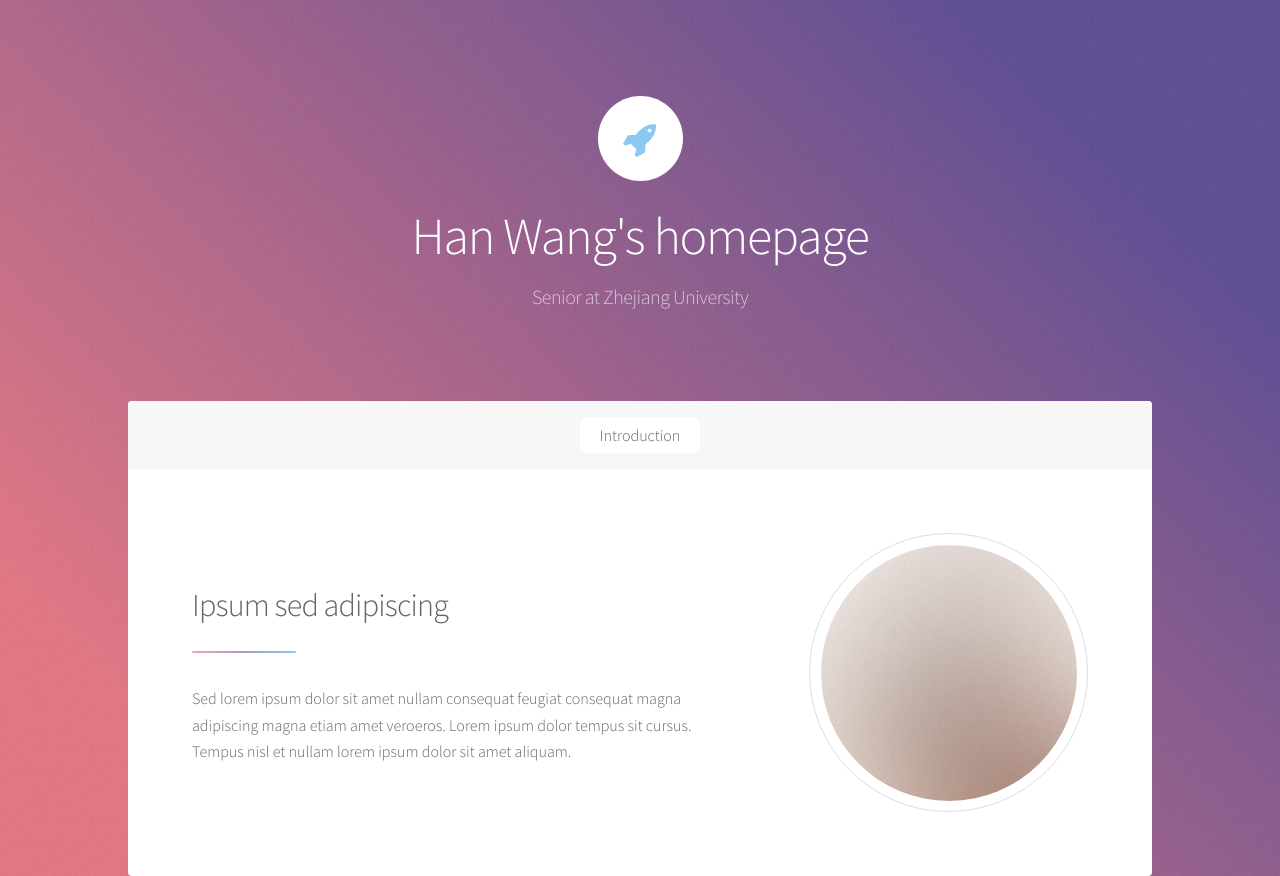
Repository: SatonoDia/SatonoDia.github.io
Page: index.html
The author's editor kept a copy of each file at every save. The page is drawn from the files as they stood at one save, then again after the next save.
The browser window is 1280 px wide. The pictures show the whole page.

Above is the page before, as saved 2024-02-16 11:15:33.
Console error: TypeError: Cannot read properties of undefined (reading 'on')

### index.html
<!DOCTYPE HTML>
<!--
	Stellar by HTML5 UP
	html5up.net | @ajlkn
	Free for personal and commercial use under the CCA 3.0 license (html5up.net/license)
-->
<html>
	<head>
		<title>Stellar by HTML5 UP</title>
		<meta charset="utf-8" />
		<meta name="viewport" content="width=device-width, initial-scale=1, user-scalable=no" />
		<link rel="stylesheet" href="assets/css/main.css" />
		<noscript><link rel="stylesheet" href="assets/css/noscript.css" /></noscript>
	</head>
	<body class="is-preload">

		<!-- Wrapper -->
			<div id="wrapper">

				<!-- Header -->
					<header id="header" class="alt">
						<span class="logo"><img src="images/logo.svg" alt="" /></span>
						<h1>Han Wang's homepage</h1>
						<p>Senior at Zhejiang University</p>
					</header>

				<!-- Nav -->
					<nav id="nav">
						<ul>
							<li><a href="#intro" class="active">Introduction</a></li>

						</ul>
					</nav>

				<!-- Main -->
					<div id="main">

						<!-- Introduction -->
							<section id="intro" class="main">
								<div class="spotlight">
									<div class="content">
										<header class="major">
											<h2>Ipsum sed adipiscing</h2>
										</header>
										<p>Sed lorem ipsum dolor sit amet nullam consequat feugiat consequat magna
										adipiscing magna etiam amet veroeros. Lorem ipsum dolor tempus sit cursus.
										Tempus nisl et nullam lorem ipsum dolor sit amet aliquam.</p>
										<!--
										<ul class="actions">
											<li><a href="generic.html" class="button">Learn More</a></li>
										</ul>
										-->
									</div>
									<span class="image"><img src="images/pic01.jpg" alt="" /></span>
								</div>
							</section>
						<!--
							<section id="first" class="main special">
								<header class="major">
									<h2>Magna veroeros</h2>
								</header>
								<ul class="features">
									<li>
										<span class="icon solid major style1 fa-code"></span>
										<h3>Ipsum consequat</h3>
										<p>Sed lorem amet ipsum dolor et amet nullam consequat a feugiat consequat tempus veroeros sed consequat.</p>
									</li>
									<li>
										<span class="icon major style3 fa-copy"></span>
										<h3>Amed sed feugiat</h3>
										<p>Sed lorem amet ipsum dolor et amet nullam consequat a feugiat consequat tempus veroeros sed consequat.</p>
									</li>
									<li>
										<span class="icon major style5 fa-gem"></span>
										<h3>Dolor nullam</h3>
										<p>Sed lorem amet ipsum dolor et amet nullam consequat a feugiat consequat tempus veroeros sed consequat.</p>
									</li>
								</ul>
								<footer class="major">
									<ul class="actions special">
										<li><a href="generic.html" class="button">Learn More</a></li>
									</ul>
								</footer>
							</section>


							<section id="second" class="main special">
								<header class="major">
									<h2>Ipsum consequat</h2>
									<p>Donec imperdiet consequat consequat. Suspendisse feugiat congue<br />
									posuere. Nulla massa urna, fermentum eget quam aliquet.</p>
								</header>
								<ul class="statistics">
									<li class="style1">
										<span class="icon solid fa-code-branch"></span>
										<strong>5,120</strong> Etiam
									</li>
									<li class="style2">
										<span class="icon fa-folder-open"></span>
										<strong>8,192</strong> Magna
									</li>
									<li class="style3">
										<span class="icon solid fa-signal"></span>
										<strong>2,048</strong> Tempus
									</li>
									<li class="style4">
										<span class="icon solid fa-laptop"></span>
										<strong>4,096</strong> Aliquam
									</li>
									<li class="style5">
										<span class="icon fa-gem"></span>
										<strong>1,024</strong> Nullam
									</li>
								</ul>
								<p class="content">Nam elementum nisl et mi a commodo porttitor. Morbi sit amet nisl eu arcu faucibus hendrerit vel a risus. Nam a orci mi, elementum ac arcu sit amet, fermentum pellentesque et purus. Integer maximus varius lorem, sed convallis diam accumsan sed. Etiam porttitor placerat sapien, sed eleifend a enim pulvinar faucibus semper quis ut arcu. Ut non nisl a mollis est efficitur vestibulum. Integer eget purus nec nulla mattis et accumsan ut magna libero. Morbi auctor iaculis porttitor. Sed ut magna ac risus et hendrerit scelerisque. Praesent eleifend lacus in lectus aliquam porta. Cras eu ornare dui curabitur lacinia.</p>
								<footer class="major">
									<ul class="actions special">
										<li><a href="generic.html" class="button">Learn More</a></li>
									</ul>
								</footer>
							</section>


							<section id="cta" class="main special">
								<header class="major">
									<h2>Congue imperdiet</h2>
									<p>Donec imperdiet consequat consequat. Suspendisse feugiat congue<br />
									posuere. Nulla massa urna, fermentum eget quam aliquet.</p>
								</header>
								<footer class="major">
									<ul class="actions special">
										<li><a href="generic.html" class="button primary">Get Started</a></li>
										<li><a href="generic.html" class="button">Learn More</a></li>
									</ul>
								</footer>
							</section> -->

					</div>

				<!-- Footer
					<footer id="footer">
						<section>
							<h2>Aliquam sed mauris</h2>
							<p>Sed lorem ipsum dolor sit amet et nullam consequat feugiat consequat magna adipiscing tempus etiam dolore veroeros. eget dapibus mauris. Cras aliquet, nisl ut viverra sollicitudin, ligula erat egestas velit, vitae tincidunt odio.</p>
							<ul class="actions">
								<li><a href="generic.html" class="button">Learn More</a></li>
							</ul>
						</section>
						<section>
							<h2>Etiam feugiat</h2>
							<dl class="alt">
								<dt>Address</dt>
								<dd>1234 Somewhere Road &bull; Nashville, TN 00000 &bull; USA</dd>
								<dt>Phone</dt>
								<dd>(000) 000-0000 x 0000</dd>
								<dt>Email</dt>
								<dd><a href="#">information@untitled.tld</a></dd>
							</dl>
							<ul class="icons">
								<li><a href="#" class="icon brands fa-twitter alt"><span class="label">Twitter</span></a></li>
								<li><a href="#" class="icon brands fa-facebook-f alt"><span class="label">Facebook</span></a></li>
								<li><a href="#" class="icon brands fa-instagram alt"><span class="label">Instagram</span></a></li>
								<li><a href="#" class="icon brands fa-github alt"><span class="label">GitHub</span></a></li>
								<li><a href="#" class="icon brands fa-dribbble alt"><span class="label">Dribbble</span></a></li>
							</ul>
						</section>
						<p class="copyright">&copy; Untitled. Design: <a href="https://html5up.net">HTML5 UP</a>.</p>
					</footer>

			</div>-->

		<!-- Scripts -->
			<script src="assets/js/jquery.min.js"></script>
			<script src="assets/js/jquery.scrollex.min.js"></script>
			<script src="assets/js/jquery.scrolly.min.js"></script>
			<script src="assets/js/browser.min.js"></script>
			<script src="assets/js/breakpoints.min.js"></script>
			<script src="assets/js/util.js"></script>
			<script src="assets/js/main.js"></script>

	</body>
</html>

Loaded but not shown: assets/css/fontawesome-all.min.css (library); assets/js/jquery.min.js (library); assets/js/jquery.scrollex.min.js (common file); assets/js/jquery.scrolly.min.js (common file); assets/js/browser.min.js (common file); assets/js/breakpoints.min.js (common file); assets/js/util.js (587 lines, source omitted); assets/js/main.js (123 lines, source omitted); assets/css/main.css (3785 lines, source omitted)

After the next save:
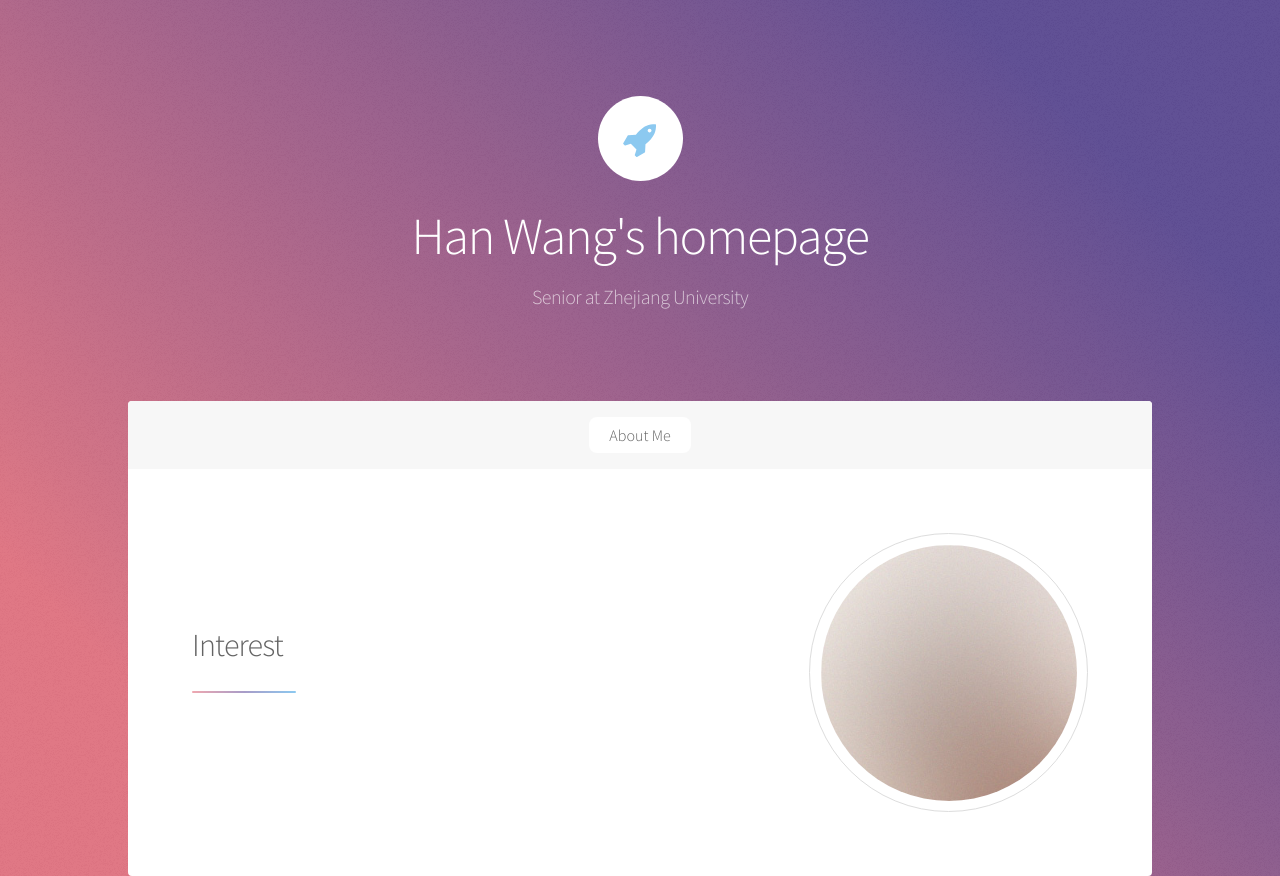
Saved 4 min 55 s later.
--- a/index.html
+++ b/index.html
@@ -27,7 +27,7 @@
 				<!-- Nav -->
 					<nav id="nav">
 						<ul>
-							<li><a href="#intro" class="active">Introduction</a></li>
+							<li><a href="#intro" class="active">About Me</a></li>
 
 						</ul>
 					</nav>
@@ -40,11 +40,9 @@
 								<div class="spotlight">
 									<div class="content">
 										<header class="major">
-											<h2>Ipsum sed adipiscing</h2>
+											<h2>Interest</h2>
 										</header>
-										<p>Sed lorem ipsum dolor sit amet nullam consequat feugiat consequat magna
-										adipiscing magna etiam amet veroeros. Lorem ipsum dolor tempus sit cursus.
-										Tempus nisl et nullam lorem ipsum dolor sit amet aliquam.</p>
+										<p></p>
 										<!--
 										<ul class="actions">
 											<li><a href="generic.html" class="button">Learn More</a></li>
